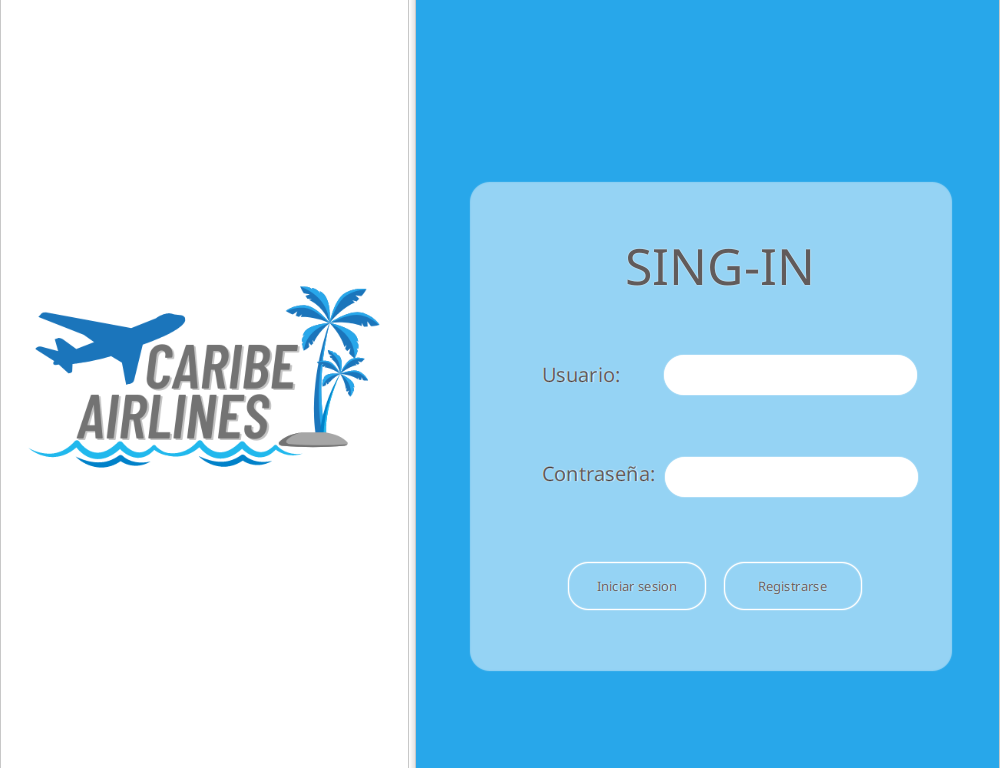
Repository: MiguelNietox/CaribeAirlines
Program's window: java workSpace/co.edu.uniquindio.estructurasDatos.ProyectoFinal/src/co/edu/uniquindio/estructurasDatos/ProyectoFinal/aplication/Aplicacion.java
The author's editor kept a copy of each file at every save. The program's window is drawn from the files as they stood at one save, then again after the next save.
It runs on Java 21 on a 1366 x 768 screen with JavaFX 11; the title bar is not drawn. Parts beyond the screen are cut off. It also reads workSpace/co.edu.uniquindio.estructurasDatos.ProyectoFinal/src/co/edu/uniquindio.

Above is the program's window before, as saved 2022-04-29 07:08:23.

### workSpace/co.edu.uniquindio.estructurasDatos.ProyectoFinal/src/co/edu/uniquindio/estructurasDatos/ProyectoFinal/aplication/Aplicacion.java
package co.edu.uniquindio.estructurasDatos.ProyectoFinal.aplication;

import java.io.IOException;

import co.edu.uniquindio.estructurasDatos.ProyectoFinal.controllers.LoginViewController;
import javafx.application.Application;
import javafx.fxml.FXMLLoader;
import javafx.scene.Scene;
import javafx.scene.layout.AnchorPane;
import javafx.stage.Stage;

public class Aplicacion extends Application {

	//Atributos de la clase Aplicacion

	private Stage stage;

	//Metodo Star de la clase Aplicacion

	@Override
	public  void start(Stage primaryStage) throws Exception {

		this.stage = primaryStage;
		this.stage.setTitle("Marketplace Online");

		mostrarVentanaLogin();
	}

	/**
	 * Este es el metodo main de la clase aplicacion
	 * @param args
	 */
	public static void main(String[] args) {
		launch(args);
	}

	//-------------------------------------------------Metodos-De-Interfaces--------------------------------------------------------

	/**
	 * Este metodo muestra la interface de login de la aplicacion
	 */
	public void mostrarVentanaLogin() {

		try {
			FXMLLoader loader = new FXMLLoader();
			loader.setLocation(Aplicacion.class.getResource("../views/loginView.fxml"));

			AnchorPane rootLayout =  loader.load();

			LoginViewController loginViewController = loader.getController();
			loginViewController.setAplicacion(this);

			Scene scene = new Scene(rootLayout);
			scene.getStylesheets().add(getClass().getResource("../aplication/application.css").toExternalForm());
			stage.setScene(scene);
			stage.show();



		} catch (IOException e) {
			// TODO Auto-generated catch block
			e.printStackTrace();
		}
	}
}

### workSpace/co.edu.uniquindio.estructurasDatos.ProyectoFinal/src/co/edu/uniquindio/estructurasDatos/ProyectoFinal/controllers/LoginViewController.java
package co.edu.uniquindio.estructurasDatos.ProyectoFinal.controllers;


import co.edu.uniquindio.estructurasDatos.ProyectoFinal.aplication.Aplicacion;
import java.net.URL;
import java.util.ResourceBundle;

import javafx.animation.FadeTransition;
import javafx.animation.Interpolator;
import javafx.animation.TranslateTransition;
import javafx.event.ActionEvent;
import javafx.fxml.FXML;
import javafx.scene.control.Button;
import javafx.scene.control.ComboBox;
import javafx.scene.control.PasswordField;
import javafx.scene.control.TextField;
import javafx.scene.layout.Pane;
import javafx.util.Duration;

public class LoginViewController {

    @FXML
    private ResourceBundle resources;

    @FXML
    private URL location;

    @FXML
    private Button btnIniciarSesion;

    @FXML
    private TextField txtNickUsuario;

    @FXML
    private ComboBox<String> comboTipoUsuarioRegistro;

    @FXML
    private PasswordField textContraseña;

    @FXML
    private TextField txtNombreUsuarioRegistro;

    @FXML
    private Button btnCancelar;

    @FXML
    private Pane paneIniciarSesion;

    @FXML
    private Pane paneRegistro;

    @FXML
    private Button btnRegistrar;

    @FXML
    private Button btnRegistrarse;

    @FXML
    private PasswordField txtContraseñaRegistro;

    @FXML
    void iniciarSesionAction(ActionEvent event) {

    }

    @FXML
    void registrarAction(ActionEvent event) {

    }

    @FXML
    void registrarseAction(ActionEvent event) {
    	mostrarPaneRegistro();
    }

    @FXML
    void cancelarAction(ActionEvent event) {
    	mostrarPaneIniciarSesion();
    }

	@FXML
    void initialize() {
		mostrarPaneIniciarSesion();


    }

	public void setAplicacion(Aplicacion aplicacion) {
		mostrarPaneIniciarSesion();
	}

	private void mostrarPaneRegistro() {
		paneRegistro.setTranslateX(-2);
		paneRegistro.setTranslateY(175);
		paneIniciarSesion.setVisible(false);
		paneRegistro.setVisible(true);
		aparecerVentanaRegistro();
	}

	private void mostrarPaneIniciarSesion() {
		paneIniciarSesion.setVisible(true);
		paneIniciarSesion.setTranslateX(-2);
		paneIniciarSesion.setTranslateY(175);
		paneRegistro.setVisible(false);
		aparecerVentanaIniciarSesion();
	}

	private void aparecerVentanaRegistro() {

		FadeTransition fade = new FadeTransition();
		TranslateTransition translate = new TranslateTransition();

		fade.setNode(paneRegistro);
		fade.setDuration(Duration.millis(1500));
		fade.setInterpolator(Interpolator.LINEAR);
		fade.setFromValue(0);
		fade.setToValue(1);

		translate.setNode(paneRegistro);
		translate.setByY(-126);
		translate.setDuration(Duration.millis(1500));

		fade.play();
		translate.play();
	}

	private void aparecerVentanaIniciarSesion() {

		System.out.println(paneIniciarSesion.getLayoutX());
		System.out.println(paneIniciarSesion.getLayoutY());
		FadeTransition fade = new FadeTransition();
		TranslateTransition translate = new TranslateTransition();

		fade.setNode(paneIniciarSesion);
		fade.setDuration(Duration.millis(1500));
		fade.setInterpolator(Interpolator.LINEAR);
		fade.setFromValue(0);
		fade.setToValue(1);

		translate.setNode(paneIniciarSesion);
		System.out.println(translate.getByY());
		translate.setByY(-126);
		translate.setDuration(Duration.millis(1500));

		fade.play();
		translate.play();
	}

}

### workSpace/co.edu.uniquindio.estructurasDatos.ProyectoFinal/src/co/edu/uniquindio/estructurasDatos/ProyectoFinal/views/loginView.fxml
<?xml version="1.0" encoding="UTF-8"?>

<?import javafx.scene.effect.*?>
<?import javafx.scene.paint.*?>
<?import java.lang.*?>
<?import javafx.scene.control.*?>
<?import javafx.scene.image.*?>
<?import javafx.scene.layout.*?>
<?import javafx.scene.text.*?>
<?import javafx.scene.control.Button?>
<?import javafx.scene.control.PasswordField?>
<?import javafx.scene.control.SplitPane?>
<?import javafx.scene.image.Image?>
<?import javafx.scene.image.ImageView?>
<?import javafx.scene.layout.AnchorPane?>
<?import javafx.scene.layout.Pane?>
<?import javafx.scene.text.Text?>

<AnchorPane prefHeight="800.0" prefWidth="1000.0" xmlns="http://javafx.com/javafx/8" xmlns:fx="http://javafx.com/fxml/1" fx:controller="co.edu.uniquindio.estructurasDatos.ProyectoFinal.controllers.LoginViewController">
   <children>
      <FlowPane prefHeight="200.0" prefWidth="200.0" />
      <SplitPane dividerPositions="0.4118236472945892" layoutY="-3.0" prefHeight="806.0" prefWidth="1000.0">
        <items>
          <AnchorPane minHeight="0.0" minWidth="0.0" prefHeight="804.0" prefWidth="402.0" style="-fx-background-color: #ffffff;">
               <children>
                  <ImageView fitHeight="425.0" fitWidth="384.0" layoutX="12.0" layoutY="238.0" pickOnBounds="true" preserveRatio="true">
                     <image>
                        <Image url="@../images/Caribe.png" />
                     </image>
                  </ImageView>
               </children>
            </AnchorPane>
          <AnchorPane minHeight="0.0" minWidth="0.0" prefHeight="160.0" prefWidth="100.0" style="-fx-background-color: #28A7EA;">
               <children>
                  <Pane fx:id="paneIniciarSesion" layoutX="56.0" layoutY="156.0" prefHeight="489.0" prefWidth="482.0" styleClass="loginPane">
                     <children>
                        <Text fill="#615b5b" layoutX="155.0" layoutY="103.0" strokeType="OUTSIDE" strokeWidth="0.0" styleClass="login-title" text="SING-IN" />
                        <Button fx:id="btnIniciarSesion" layoutX="98.0" layoutY="380.0" mnemonicParsing="false" onAction="#iniciarSesionAction" prefHeight="48.0" prefWidth="138.0" styleClass="btn-login" text="Iniciar sesion" />
                        <Button fx:id="btnRegistrarse" layoutX="254.0" layoutY="380.0" mnemonicParsing="false" onAction="#registrarseAction" prefHeight="48.0" prefWidth="138.0" styleClass="btn-login" text="Registrarse" />
                        <TextField fx:id="txtNickUsuario" layoutX="194.0" layoutY="173.0" prefHeight="40.0" prefWidth="253.0" styleClass="fieldsText" />
                        <VBox layoutX="72.0" layoutY="178.0" spacing="70.0">
                           <children>
                              <Label layoutX="74.0" layoutY="178.0" styleClass="text-login" text="Usuario:" />
                              <Label layoutX="72.0" layoutY="282.0" styleClass="text-login" text="Contraseña:" />
                           </children>
                        </VBox>
                        <PasswordField fx:id="txtContrasenia" layoutX="195.0" layoutY="275.0" styleClass="fieldsText" />
                     </children></Pane>
                  <Pane fx:id="paneRegistro" layoutX="56.0" layoutY="156.0" prefHeight="489.0" prefWidth="482.0" styleClass="loginPane" visible="false">
                     <children>
                        <Text fill="#615b5b" layoutX="155.0" layoutY="103.0" strokeType="OUTSIDE" strokeWidth="0.0" styleClass="login-title" text="SING-UP" />
                        <VBox layoutX="200.0" layoutY="165.0" spacing="30.0">
                           <children>
                              <ComboBox fx:id="comboTipoUsuarioRegistro" layoutX="200.0" layoutY="176.0" prefWidth="150.0" styleClass="fieldsText" />
                              <TextField fx:id="txtNombreUsuarioRegistro" layoutX="203.0" layoutY="240.0" prefHeight="40.0" prefWidth="253.0" styleClass="fieldsText" />
                              <PasswordField fx:id="txtContraseñaRegistro" layoutX="203.0" layoutY="308.0" prefHeight="40.0" prefWidth="253.0" styleClass="fieldsText" />
                           </children>
                        </VBox>
                        <VBox layoutX="34.0" layoutY="169.0" spacing="40.0">
                           <children>
                              <Label layoutX="34.0" layoutY="181.0" styleClass="text-login" text="Tipo de usuario:" />
                              <Label layoutX="34.0" layoutY="247.0" styleClass="text-login" text="Nombre usuasio:" />
                              <Label layoutX="34.0" layoutY="316.0" styleClass="text-login" text="Contraseña:" />
                           </children>
                        </VBox>
                        <Button fx:id="btnRegistrar" layoutX="102.0" layoutY="399.0" mnemonicParsing="false" onAction="#registrarAction" styleClass="btn-login" text="Registrar" />
                        <Button fx:id="btnCancelar" layoutX="253.0" layoutY="399.0" mnemonicParsing="false" onAction="#cancelarAction" styleClass="btn-login" text="Cancelar" />
                     </children>
                  </Pane>
               </children>
            </AnchorPane>
        </items>
      </SplitPane>
   </children>
</AnchorPane>

### workSpace/co.edu.uniquindio.estructurasDatos.ProyectoFinal/src/co/edu/uniquindio/estructurasDatos/ProyectoFinal/aplication/application.css
.login-title{
	-fx-text-fill: #615b5b;
	-fx-font-size: 50px;
}


.loginPane{
	-fx-background-color: rgba(255,255,255,0.30);
	-fx-background-radius: 20;
	-fx-effect: dropshadow(gaussian, white, 2px, 0, 0, 0);
}

.text-login{
	-fx-font-size: 20px;
	-fx-text-fill:#615b5b;
}

.fieldsText{
	-fx-background-color:white;
	-fx-background-radius:20px;
	-fx-border-radius:20px;
	-fx-pref-height:40px;
	-fx-pref-width:253px;
}

.btn-login{
	-fx-border-color:white;
	-fx-background-color:transparent;
	-fx-background-radius:20px;
	-fx-border-radius:20px;
	-fx-text-fill: #615b5b;
	-fx-pref-height:48px;
	-fx-pref-width:138px;
}

.btn-login:hover {
  -fx-background-color:#1B75BB;
  -fx-border-color:transparent;
  	-fx-text-fill: white;

}

After the next save:
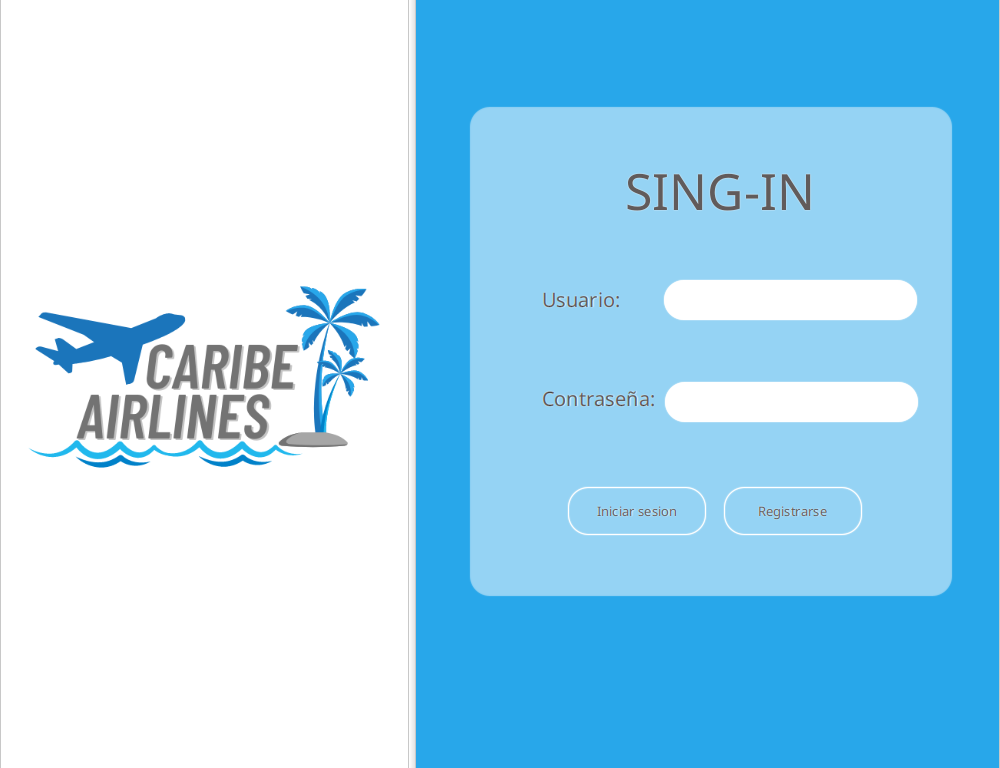
Saved 14 s later.
--- a/workSpace/co.edu.uniquindio.estructurasDatos.ProyectoFinal/src/co/edu/uniquindio/estructurasDatos/ProyectoFinal/controllers/LoginViewController.java
+++ b/workSpace/co.edu.uniquindio.estructurasDatos.ProyectoFinal/src/co/edu/uniquindio/estructurasDatos/ProyectoFinal/controllers/LoginViewController.java
@@ -91,7 +91,7 @@
 
 	private void mostrarPaneRegistro() {
 		paneRegistro.setTranslateX(-2);
-		paneRegistro.setTranslateY(175);
+		paneRegistro.setTranslateY(100);
 		paneIniciarSesion.setVisible(false);
 		paneRegistro.setVisible(true);
 		aparecerVentanaRegistro();
@@ -100,7 +100,7 @@
 	private void mostrarPaneIniciarSesion() {
 		paneIniciarSesion.setVisible(true);
 		paneIniciarSesion.setTranslateX(-2);
-		paneIniciarSesion.setTranslateY(175);
+		paneIniciarSesion.setTranslateY(100);
 		paneRegistro.setVisible(false);
 		aparecerVentanaIniciarSesion();
 	}
